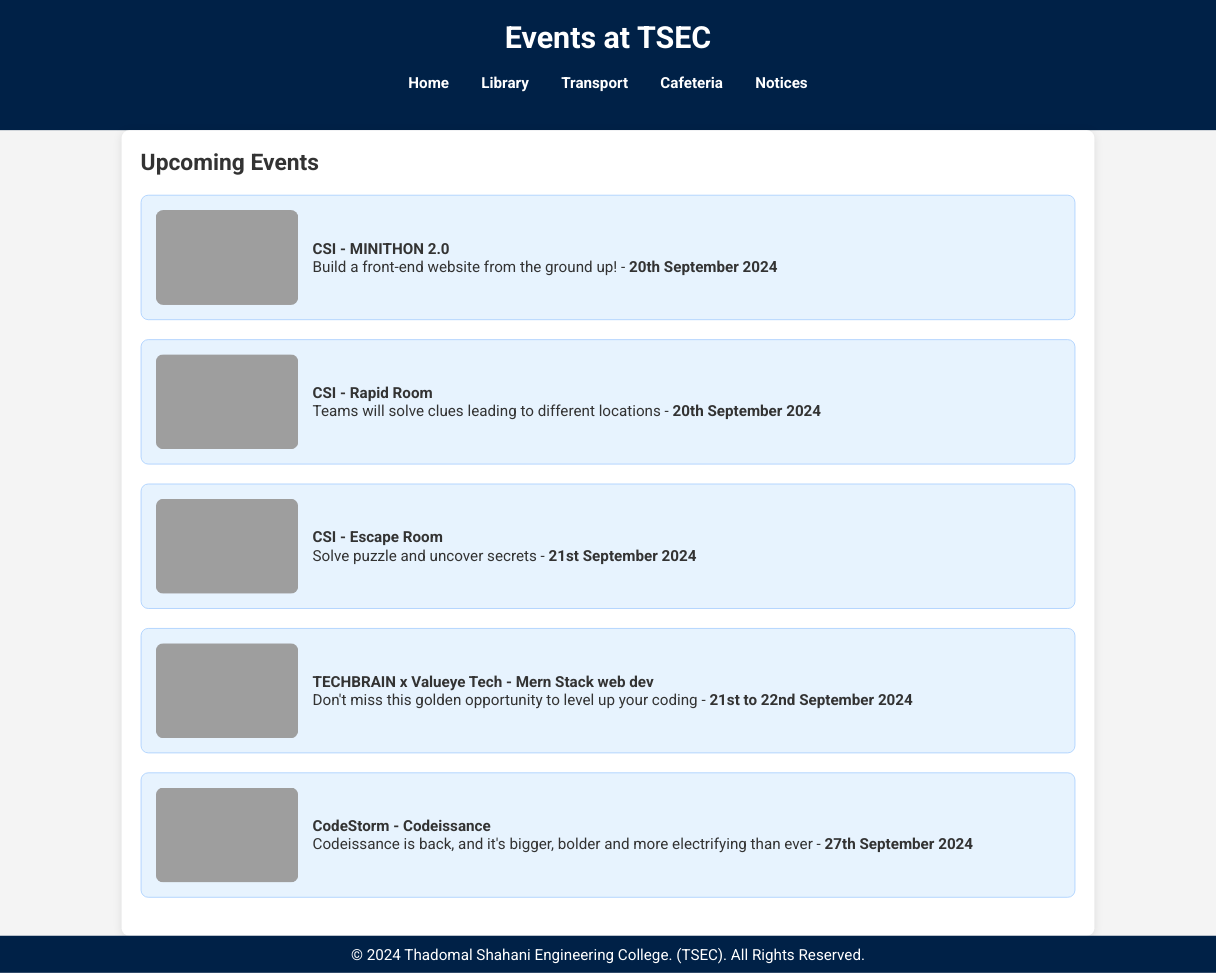
Repository: TejasS1233/MINITHON-hackathon-project
Page: Event.html
An editor plug-in stored every save of this project. The page is shown before and after the next save, followed by the edit.
The browser window is 1280 px wide. The pictures show the whole page, at 95% of full size.
Pictures or frames that could not be fetched are drawn as grey boxes.

Above is the page before, as saved 2024-09-20 10:44:51.

After the next save:
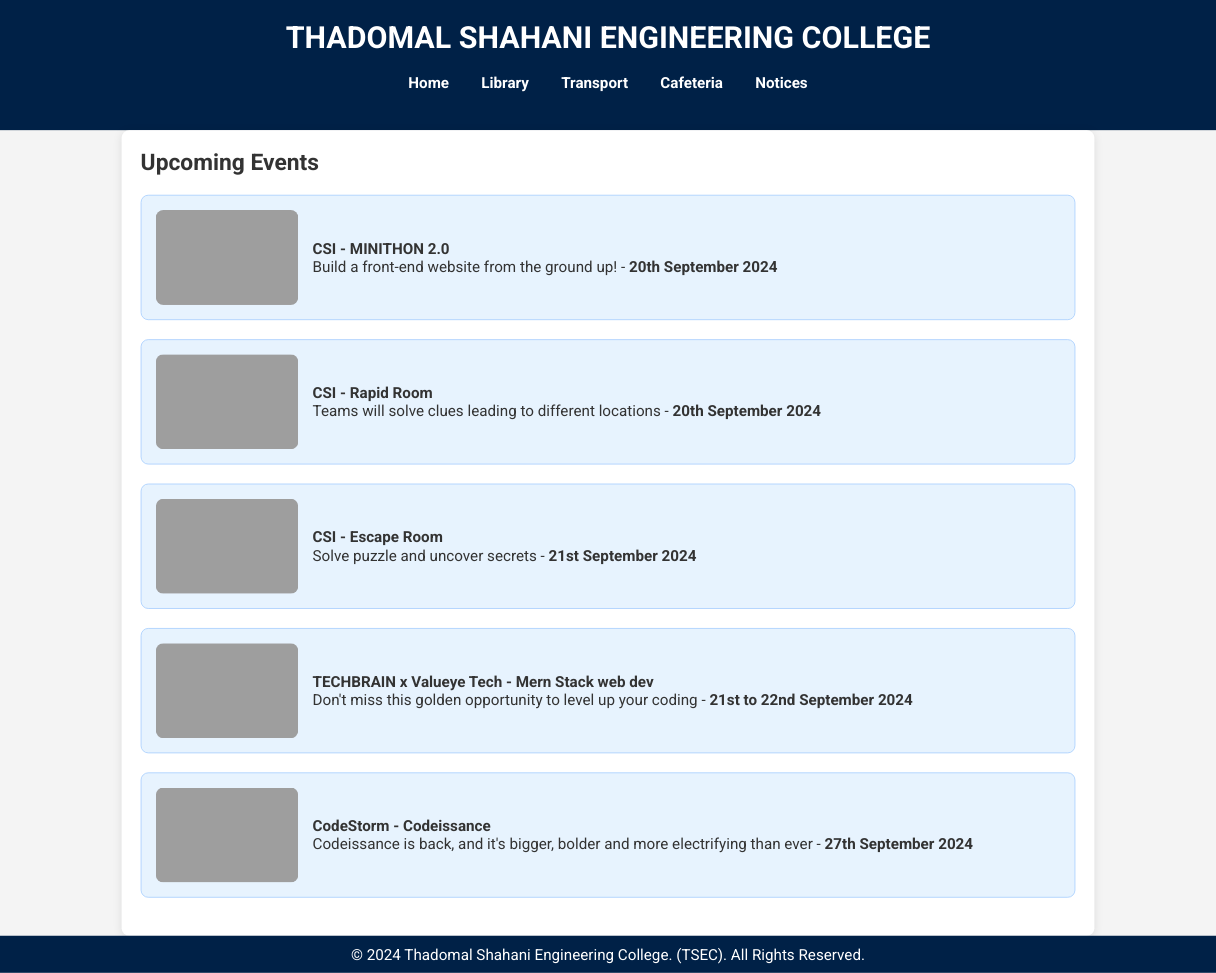
Saved 6 s later.
--- a/Event.html
+++ b/Event.html
@@ -77,7 +77,7 @@
 <body>
 
     <header>
-        <h1>Events at TSEC</h1>
+        <h1>THADOMAL SHAHANI ENGINEERING COLLEGE</h1>
         <nav>
             <a href="index.html">Home</a>
             <a href="#">Library</a>
